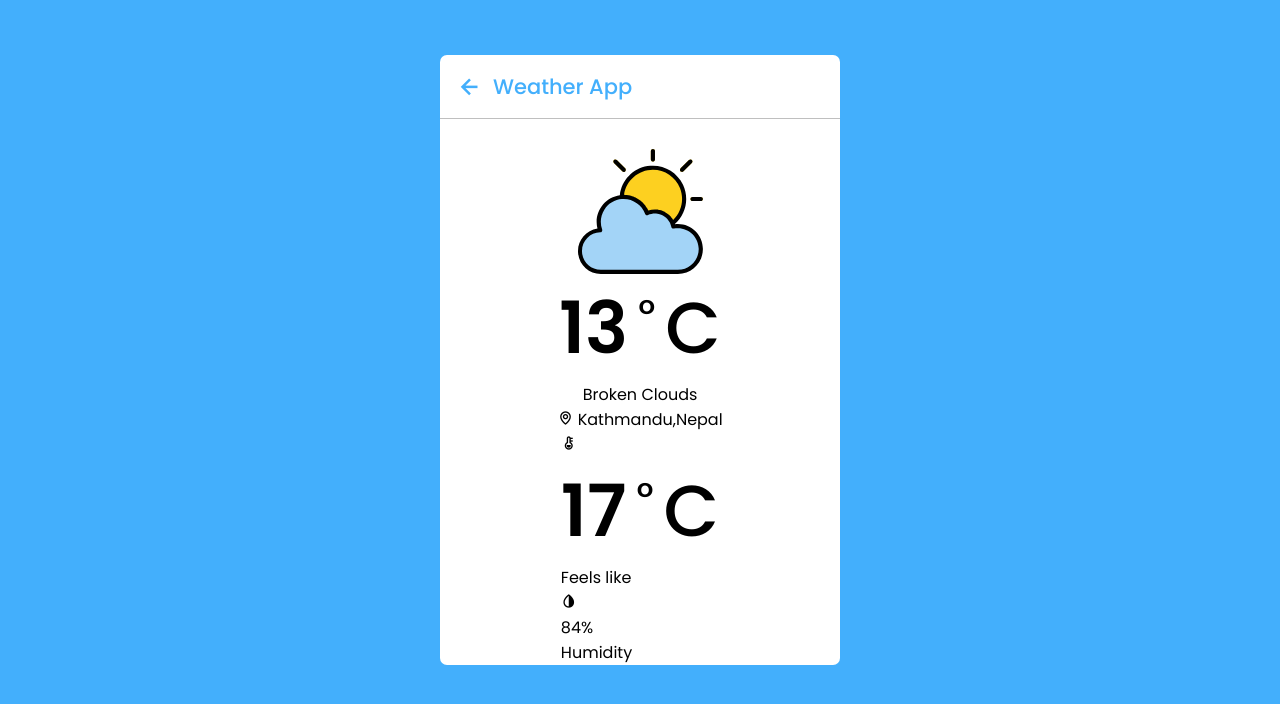
Repository: long13820/Weather-App-HTML-CSS-Javascript
Page: index.html
An editor plug-in stored every save of this project. The page is shown before and after the next save, followed by the edit.
The browser window is 1280 px wide. The pictures show the whole page.

Above is the page before, as saved 2021-09-02 11:27:37.

After the next save:
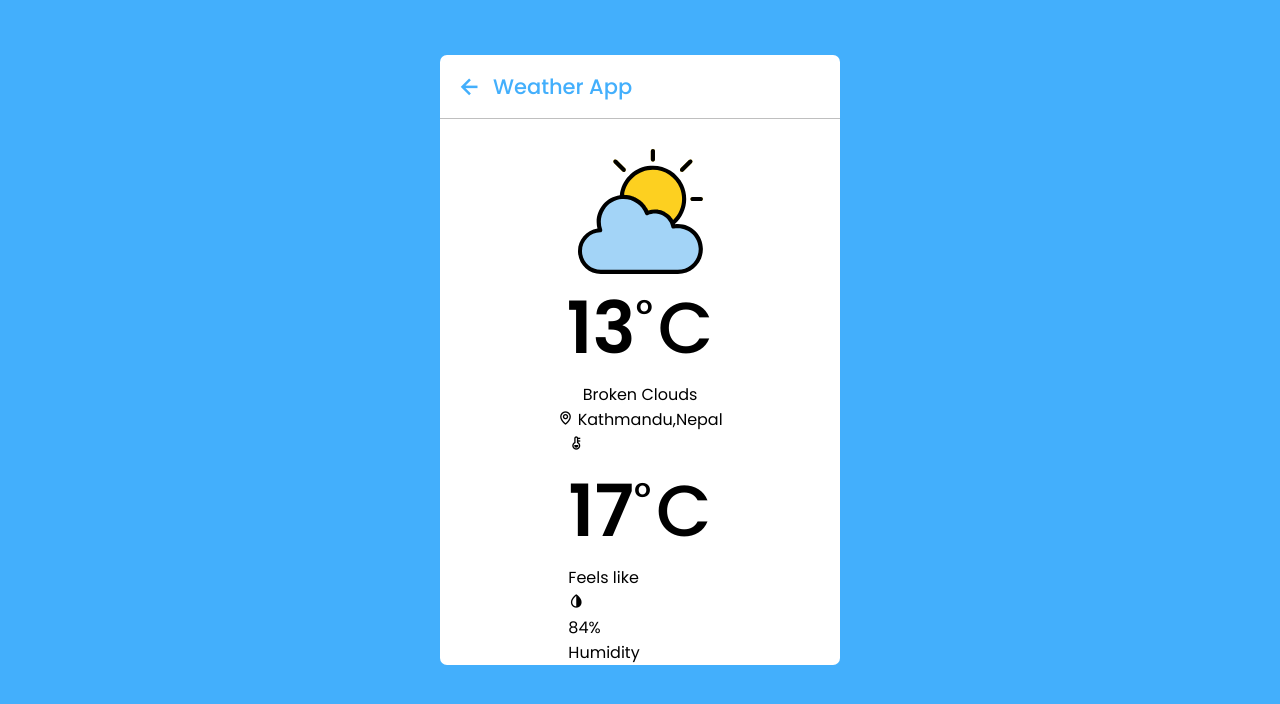
Saved 5 s later.
--- a/style.css
+++ b/style.css
@@ -114,5 +114,5 @@ header i{
 }
 .weather-part .temp .deg{
     font-size: 40px;
-    margin: 10px;
+    margin: 10px 5px 0 0;
 }
